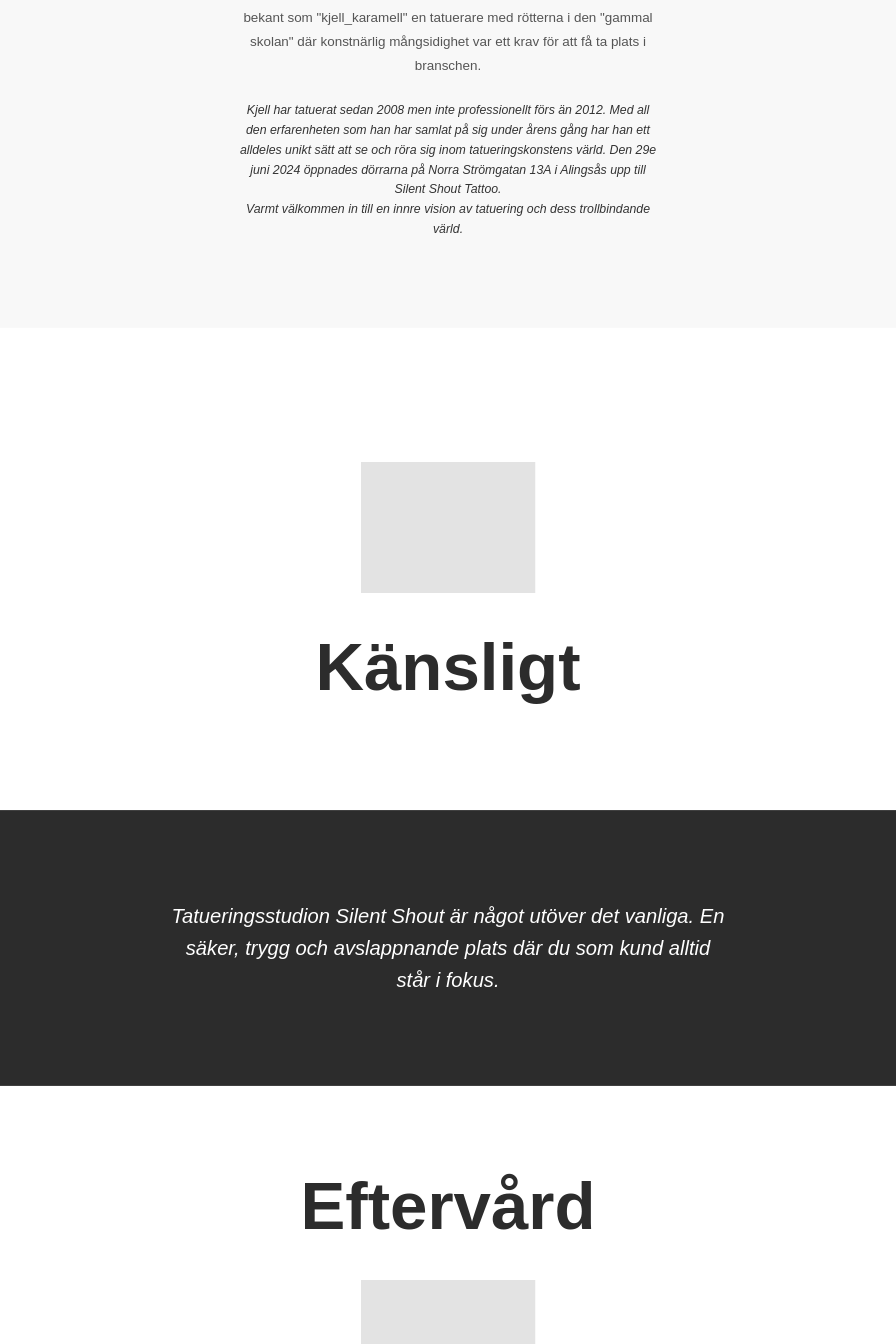
Repository: public-websites/silentshouttattoose
Page: index.html
The author's editor kept a copy of each file at every save. The page is drawn from the files as they stood at one save, then again after the next save.
The browser window is 1280 px wide. The pictures show the part of the page from y = 1116 to 3036 px (the page is 7270 px tall), at 70% of full size.
Pictures or frames that could not be fetched are drawn as grey boxes.

Above is the page before, as saved 2025-06-27 11:29:19.

### index.html
<!DOCTYPE html>
<html lang="sv">
<head>
    <meta charset="UTF-8">
    <meta name="viewport" content="width=device-width, initial-scale=1.0">
    <title>Silent Shout - Den omtänksamma studion</title>
    <link rel="stylesheet" href="styles.css">
</head>
<body>
    <header class="social-header">
        <div class="container">
            <div class="social-icons">
                <a href="https://instagram.com" target="_blank" class="social-icon" aria-label="Instagram">
                    <svg viewBox="0 0 24 24" fill="currentColor">
                        <path d="M12 2.163c3.204 0 3.584.012 4.85.07 3.252.148 4.771 1.691 4.919 4.919.058 1.265.069 1.645.069 4.849 0 3.205-.012 3.584-.069 4.849-.149 3.225-1.664 4.771-4.919 4.919-1.266.058-1.644.07-4.85.07-3.204 0-3.584-.012-4.849-.07-3.26-.149-4.771-1.699-4.919-4.92-.058-1.265-.07-1.644-.07-4.849 0-3.204.013-3.583.07-4.849.149-3.227 1.664-4.771 4.919-4.919 1.266-.057 1.645-.069 4.849-.069zm0-2.163c-3.259 0-3.667.014-4.947.072-4.358.2-6.78 2.618-6.98 6.98-.059 1.281-.073 1.689-.073 4.948 0 3.259.014 3.668.072 4.948.2 4.358 2.618 6.78 6.98 6.98 1.281.058 1.689.072 4.948.072 3.259 0 3.668-.014 4.948-.072 4.354-.2 6.782-2.618 6.979-6.98.059-1.28.073-1.689.073-4.948 0-3.259-.014-3.667-.072-4.947-.196-4.354-2.617-6.78-6.979-6.98-1.281-.059-1.69-.073-4.949-.073zm0 5.838c-3.403 0-6.162 2.759-6.162 6.162s2.759 6.163 6.162 6.163 6.162-2.759 6.162-6.163c0-3.403-2.759-6.162-6.162-6.162zm0 10.162c-2.209 0-4-1.79-4-4 0-2.209 1.791-4 4-4s4 1.791 4 4c0 2.21-1.791 4-4 4zm6.406-11.845c-.796 0-1.441.645-1.441 1.44s.645 1.44 1.441 1.44c.795 0 1.439-.645 1.439-1.44s-.644-1.44-1.439-1.44z"/>
                    </svg>
                </a>
                <a href="https://facebook.com" target="_blank" class="social-icon" aria-label="Facebook">
                    <svg viewBox="0 0 24 24" fill="currentColor">
                        <path d="M24 12.073c0-6.627-5.373-12-12-12s-12 5.373-12 12c0 5.99 4.388 10.954 10.125 11.854v-8.385H7.078v-3.47h3.047V9.43c0-3.007 1.792-4.669 4.533-4.669 1.312 0 2.686.235 2.686.235v2.953H15.83c-1.491 0-1.956.925-1.956 1.874v2.25h3.328l-.532 3.47h-2.796v8.385C19.612 23.027 24 18.062 24 12.073z"/>
                    </svg>
                </a>
                <a href="mailto:info@inksoul.se" class="social-icon" aria-label="Email">
                    <svg viewBox="0 0 24 24" fill="currentColor">
                        <path d="M20 4H4c-1.1 0-1.99.9-1.99 2L2 18c0 1.1.9 2 2 2h16c1.1 0 2-.9 2-2V6c0-1.1-.9-2-2-2zm0 4l-8 5-8-5V6l8 5 8-5v2z"/>
                    </svg>
                </a>
            </div>
            <a href="#boka-tid" class="cta-header-button">Boka tid</a>
        </div>
    </header>

    <section class="hero">
        <div class="container">
            <div class="hero-text">

                <p class="hero-quote">Affordable Quality Tattoos</p>
                <img src="silentshouttattoo-outline.svg" alt="Silent Shout Tattoo Logo" class="studio-logo">
                <p class="studio-tagline">Affordable Quality Tattoos</p>
                <p class="location">Tatueringsartist & konstnär baserad i Alingsås</p>
                <a href="#boka-tid" class="cta-button">Skicka förfrågan</a>
            </div>
        </div>
    </section>

    <section class="story-section">
        <div class="container">
            <div class="story-content fade-in">
                <p class="story-text">
                    Tatueringsstudion Silent Shout är något utöver det vanliga. En säker, trygg och avslappnande plats där du som kund alltid står i fokus.
                </p>
                <p class="story-text">
                    Här hittar ni tatueraren och konstnären Kjell Saxberg, kanske mer bekant som "kjell_karamell" en tatuerare med rötterna i den "gammal skolan" där konstnärlig mångsidighet var ett krav för att få ta plats i branschen.
                </p>
                <p class="story-highlight">
                    Kjell har tatuerat sedan 2008 men inte professionellt förs än 2012.
Med all den erfarenheten som han har samlat på sig under årens gång har han ett alldeles unikt sätt att se och röra sig inom tatueringskonstens värld.
Den 29e juni 2024 öppnades dörrarna på Norra Strömgatan 13A i Alingsås upp till Silent Shout Tattoo. <br>
Varmt välkommen in till en innre vision av tatuering och dess trollbindande värld.

                </p>
            </div>
        </div>
    </section>

    <section class="large-text-section">
           <!-- Animated GIF Element -->
        <div class="animated-gif">
            <img src="https://media2.giphy.com/media/v1.Y2lkPTc5MGI3NjExbzJpbTR2cWllN2oxamhwMTZ6MjFmYzZ1czZ1b2Y0cXg3MmRrZDRkbiZlcD12MV9pbnRlcm5hbF9naWZfYnlfaWQmY3Q9Zw/3ohs7UJi7uqAcquQoM/giphy.gif" alt="Animated line drawing" />
        </div>
        <div class="container">
            <h2 class="large-text split fade-in">
                Känsligt
            </h2>
        </div>


    </section>

    <section class="philosophy-section">
        <div class="container">
            <p class="philosophy-text fade-in">
                Tatueringsstudion Silent Shout är något utöver det vanliga. En säker, trygg och avslappnande plats där du som kund alltid står i fokus.
            </p>
        </div>
    </section>

    <section class="large-text-section">
        <div class="container">
            <h2 class="large-text split fade-in">
                Eftervård
            </h2>
        </div>

        <!-- Animated GIF Element 1 -->
        <div class="animated-gif">
            <img src="https://media1.giphy.com/media/v1.Y2lkPTc5MGI3NjExb3oyNzAwYWVybXM2d2RmM2xxcXA2eDIxanVuOTFydTJiaXpoYngzOSZlcD12MV9pbnRlcm5hbF9naWZfYnlfaWQmY3Q9Zw/7rZOPP0VYSgWdVHQiv/giphy.gif" alt="Animated line drawing 2" />
        </div>

        <!-- Animated SVG Drawing Element
        <div class="animated-drawing">
            <svg viewBox="0 0 200 200" xmlns="http://www.w3.org/2000/svg">
                <path d="M50,100 Q100,50 150,100 Q100,150 50,100" />
                <path d="M80,70 Q100,90 120,70 Q100,50 80,70" />
                <path d="M80,130 Q100,110 120,130 Q100,150 80,130" />
                <path d="M100,80 L100,120 M80,100 L120,100" />
            </svg>
        </div>
        -->

  <!-- Animated GIF Element 2 -->
        <div class="animated-gif">
            <img src="https://media1.giphy.com/media/v1.Y2lkPTc5MGI3NjExb3oyNzAwYWVybXM2d2RmM2xxcXA2eDIxanVuOTFydTJiaXpoYngzOSZlcD12MV9pbnRlcm5hbF9naWZfYnlfaWQmY3Q9Zw/7rZOPP0VYSgWdVHQiv/giphy.gif" alt="Animated line drawing 2" />
        </div>

         <!-- Animated GIF Element 3 -->
        <div class="animated-gif">
            <img src="https://media1.giphy.com/media/v1.Y2lkPTc5MGI3NjExb3oyNzAwYWVybXM2d2RmM2xxcXA2eDIxanVuOTFydTJiaXpoYngzOSZlcD12MV9pbnRlcm5hbF9naWZfYnlfaWQmY3Q9Zw/7rZOPP0VYSgWdVHQiv/giphy.gif" alt="Animated line drawing 2" />
        </div>


    </section>

    <section class="booking-section" id="booking">
        <div class="container">
            <h2 class="booking-title fade-in">Låt oss viba tillsammans</h2>
            <div class="form-container fade-in">
                <div class="form-intro">
                    <h3>Skapa din historia</h3>
                    <p>Berätta för mig om din vision, din energi, din berättelse. Jag kommer att skapa något unikt bara för dig.</p>
                </div>

                <!-- Profil och kontaktinfo sida vid sida -->
                <div class="profile-contact-row">
                    <div class="profile-image-wrapper">
                        <img src="profile.jpg" alt="Silent Shout Tattoo Artist" class="profile-image">
                    </div>
                    <div class="profile-contact-info">
                        <div class="contact-info-section">
                            <h4>Telefon</h4>
                            <p><a href="tel:0760620068">076-062 00 68</a></p>
                        </div>
                        <div class="contact-info-section">
                            <h4>E-post</h4>
                            <p><a href="mailto:silentshouttattoo@gmail.com">silentshouttattoo@gmail.com</a></p>
                        </div>
                        <div class="opening-hours">
                            <h4>Öppettider</h4>
                            <p>Vardagar 10.00 — 17.00</p>
                            <p>Lördagar vid bokad tid</p>
                        </div>
                    </div>
                </div>

                <!-- Form Toggle Buttons -->
                <div class="form-toggle">
                    <button class="toggle-btn active" data-form="custom">Snabbformulär</button>
                    <button class="toggle-btn" data-form="google">Detaljerat Formulär</button>
                </div>

                <!-- Custom Form -->
                <form class="custom-form" id="contactForm" method="POST" action="/send-email">
                    <div class="form-intro">
                        <h3 id="boka-tid">Har du frågor eller vill du boka tid? Fyll i formuläret så kontaktar vi dig så fort vi kan.</h3>
                    </div>

                    <div class="form-fields">
                        <div class="form-row">
                            <div class="form-group">
                                <input type="text" id="name" name="name" placeholder="Namn" required>
                            </div>

                            <div class="form-group">
                                <input type="email" id="email" name="email" placeholder="E-post" required>
                            </div>
                        </div>

                        <div class="form-row">
                            <div class="form-group">
                                <input type="tel" id="phone" name="phone" placeholder="Telefon" required>
                            </div>

                            <div class="form-group">
                                <textarea id="message" name="message" rows="4" placeholder="Meddelande"></textarea>
                            </div>
                        </div>

                        <div class="checkbox-group">
                            <input type="checkbox" id="privacy" name="privacy" required>
                            <label for="privacy">
                                Jag accepterar <a href="#" target="_blank">Hantering av personuppgifter</a>
                            </label>
                        </div>

                        <button type="submit" class="submit-button">SKICKA</button>
                    </div>
                </form>

                <!-- Google Forms Container -->
                <div class="google-form-container" style="display: none;">
                    <div class="form-loading" id="formLoading">
                        <div class="spinner"></div>
                        <p>laddar formulär...</p>
                    </div>

                    <iframe
                        src="https://docs.google.com/forms/d/e/1FAIpQLSe5F3VtygnRylmXwHNeTswBMIdDoRpoEf7FgPYu2_uIHeA4zQ/viewform?embedded=true&vc=0&c=0&w=1&flr=0"
                        frameborder="0"
                        marginheight="0"
                        marginwidth="0"
                        onload="hideLoading()"
                        style="display: none;"
                        id="bookingForm">
                        Laddar...
                    </iframe>
                </div>
            </div>
        </div>
    </section>

    <section class="stories-section">
        <div class="container">
            <h2 class="stories-title fade-in">Sagt om Kjell</h2>

            <div class="story-card fade-in">
                <p>
                    💚"Nostalgifestivalen 2025 och där står Kjell med ett antal motiv. Hittar ett underbart motiv men är känd för att behöva flera år för att bestämma mig. Plötsligt händer det, jag gör min tatuering!
Härlig person är han, Kjell. Tusen tack för ett fint samtal under resans gång och inte minst för en fantastiskt fin tatuering. Är så nöjd!"💚
                </p>
            </div>

            <div class="story-card fade-in">
                <p>
                    💚"Kjell är en fantastiskt duktig, trevlig och professionell tatuerare. Hans kärlek till denna konstform lyser verkligen igenom.
Alltid mycket god stämning i studion, trevlig att prata med, tar väl hand om sina kunder och lyssnar och löser önskemål enkelt.
Duktig på customs och har mängder av fina flashmotiv.

Kan rekommendera alla ett besök hos Kjell, vare sig en vill ha något stort eller litet, avancerat eller enkelt."💚
                </p>
            </div>
        </div>
    </section>

    <footer class="social-footer">
        <div class="container">
            <img src="silentshouttattoo-infill-white.svg" alt="Silent Shout Tattoo Logo" class="studio-logo">
            <h2 class="contact-title"></h2>
            <div class="contact-info">
                <p><a href="mailto:silentshouttattoo@gmail.com">silentshouttattoo@gmail.com</a></p>
                <p><a href="tel:0760620068">076-062 00 68</a></p>
                <p>Norra Strömgatan 13A, Alingsås</p>
                <br>
                <p style="padding-bottom: 1.5em;"><a href="https://instagram.com" target="_blank">Följ uppdateringar på Instagram för gästplatser</a></p>
            </div>
            <div class="social-icons">
                <a href="https://instagram.com" target="_blank" class="social-icon" aria-label="Instagram">
                    <svg viewBox="0 0 24 24" fill="currentColor">
                        <path d="M12 2.163c3.204 0 3.584.012 4.85.07 3.252.148 4.771 1.691 4.919 4.919.058 1.265.069 1.645.069 4.849 0 3.205-.012 3.584-.069 4.849-.149 3.225-1.664 4.771-4.919 4.919-1.266.058-1.644.07-4.85.07-3.204 0-3.584-.012-4.849-.07-3.26-.149-4.771-1.699-4.919-4.92-.058-1.265-.07-1.644-.07-4.849 0-3.204.013-3.583.07-4.849.149-3.227 1.664-4.771 4.919-4.919 1.266-.057 1.645-.069 4.849-.069zm0-2.163c-3.259 0-3.667.014-4.947.072-4.358.2-6.78 2.618-6.98 6.98-.059 1.281-.073 1.689-.073 4.948 0 3.259.014 3.668.072 4.948.2 4.358 2.618 6.78 6.98 6.98 1.281.058 1.689.072 4.948.072 3.259 0 3.668-.014 4.948-.072 4.354-.2 6.782-2.618 6.979-6.98.059-1.28.073-1.689.073-4.948 0-3.259-.014-3.667-.072-4.947-.196-4.354-2.617-6.78-6.979-6.98-1.281-.059-1.69-.073-4.949-.073zm0 5.838c-3.403 0-6.162 2.759-6.162 6.162s2.759 6.163 6.162 6.163 6.162-2.759 6.162-6.163c0-3.403-2.759-6.162-6.162-6.162zm0 10.162c-2.209 0-4-1.79-4-4 0-2.209 1.791-4 4-4s4 1.791 4 4c0 2.21-1.791 4-4 4zm6.406-11.845c-.796 0-1.441.645-1.441 1.44s.645 1.44 1.441 1.44c.795 0 1.439-.645 1.439-1.44s-.644-1.44-1.439-1.44z"/>
                    </svg>
                </a>
                <a href="https://facebook.com" target="_blank" class="social-icon" aria-label="Facebook">
                    <svg viewBox="0 0 24 24" fill="currentColor">
                        <path d="M24 12.073c0-6.627-5.373-12-12-12s-12 5.373-12 12c0 5.99 4.388 10.954 10.125 11.854v-8.385H7.078v-3.47h3.047V9.43c0-3.007 1.792-4.669 4.533-4.669 1.312 0 2.686.235 2.686.235v2.953H15.83c-1.491 0-1.956.925-1.956 1.874v2.25h3.328l-.532 3.47h-2.796v8.385C19.612 23.027 24 18.062 24 12.073z"/>
                    </svg>
                </a>
                <a href="mailto:info@inksoul.se" class="social-icon" aria-label="Email">
                    <svg viewBox="0 0 24 24" fill="currentColor">
                        <path d="M20 4H4c-1.1 0-1.99.9-1.99 2L2 18c0 1.1.9 2 2 2h16c1.1 0 2-.9 2-2V6c0-1.1-.9-2-2-2zm0 4l-8 5-8-5V6l8 5 8-5v2z"/>
                    </svg>
                </a>
            </div>
        </div>
    </footer>

    <script src="script.js"></script>
</body>
</html>

Loaded but not shown: script.js (103 lines, source omitted); styles.css (906 lines, source omitted)

After the next save:
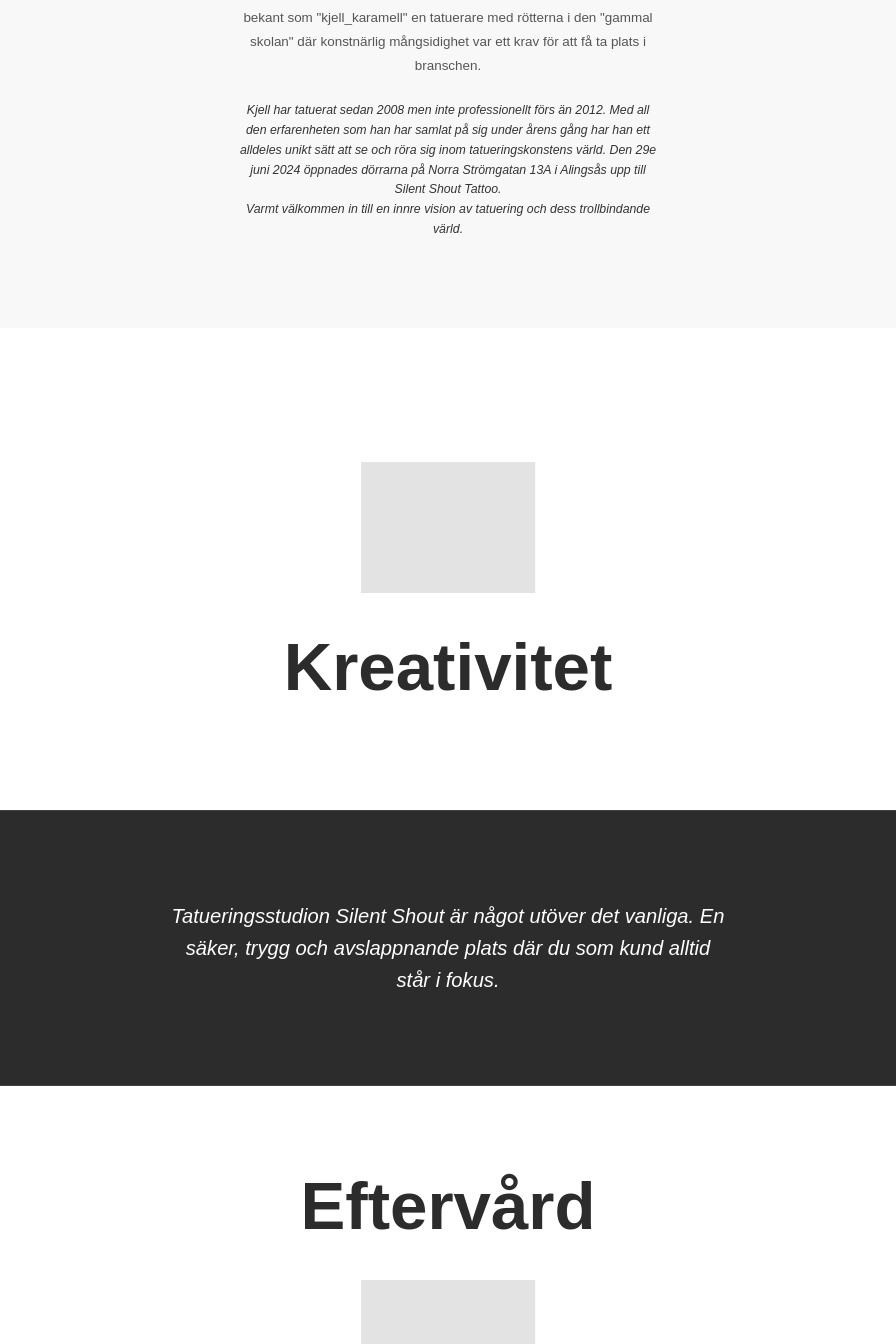
Saved 75 s later.
--- a/index.html
+++ b/index.html
@@ -70,8 +70,7 @@
         </div>
         <div class="container">
             <h2 class="large-text split fade-in">
-                Känsligt
-            </h2>
+Kreativitet            </h2>
         </div>
 
 
